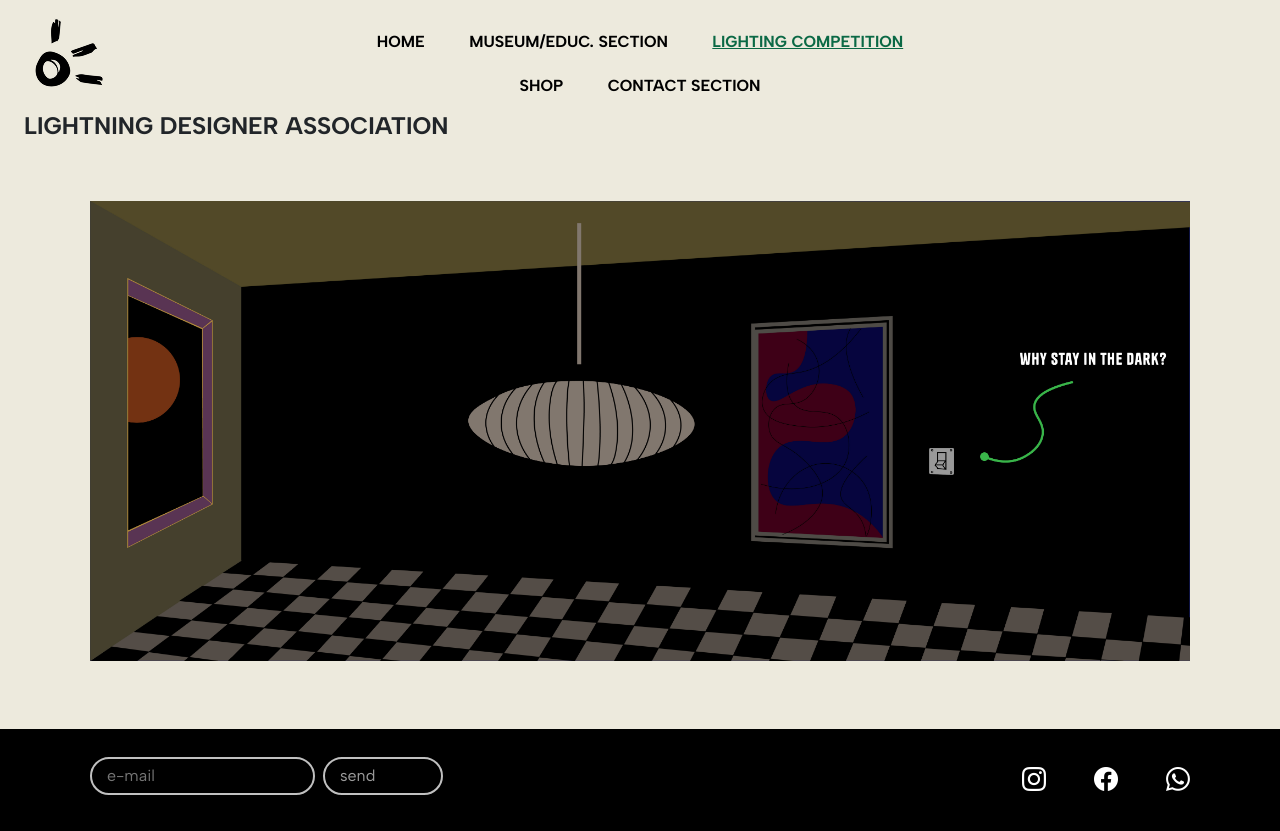
Repository: veronicamdiaz/Landing-Page-Practices
Page: competition-section.html
These files come from the project's save history. The page is drawn as it stood at one moment and after a run of saves; the edit follows.
The browser window is 1280 px wide. The pictures show the whole page.

Above is the page before, as saved 2025-06-01 15:01:54.
Console error: TypeError: Cannot set properties of null (setting 'src')

### competition-section.html
<!DOCTYPE html>
<html lang="pt-BR">
<head>
    <meta http-equiv="X-UA-Compatible" content="IE=edge">
    <meta name="viewport" content="width=device-width, initial-scale=1.0">
    <title>Landing Page</title>
    <link rel="stylesheet" href="https://cdn.jsdelivr.net/npm/bootstrap@5.3.3/dist/css/bootstrap.min.css">
    <link rel="preconnect" href="https://fonts.googleapis.com">
    <link rel="preconnect" href="https://fonts.gstatic.com" crossorigin>
    <link href="https://fonts.googleapis.com/css2?family=Pacifico&family=Roboto:wght@400;700&display=swap" rel="stylesheet">
    <link rel="stylesheet" href="https://cdn.jsdelivr.net/npm/bootstrap-icons@1.11.3/font/bootstrap-icons.min.css">
    <link href="https://fonts.googleapis.com/css2?family=Albert+Sans:ital,wght@0,100..900;1,100..900&family=Pacifico&family=Roboto+Slab:wght@100..900&family=Roboto:ital,wght@0,100;0,300;0,400;0,500;0,700;0,900;1,100;1,300;1,400;1,500;1,700;1,900&display=swap" rel="stylesheet">
    <link rel="stylesheet" href="main.css">
</head>

<body>
<header id="home-page">
    <div class="site-logo">
        <a href="index.html">
            <img src="images/logo-site.png" alt="Lightning Design Lab Logo" class="logo-img">
        </a>
    </div>

    <div class="menu" data-bs-target="#cabecalho" da
    ta-bs-smooth-scroll="true">
        <nav id="cabecalho" class="mb-2 px-4">
            <a href="index.html" class="nav-link" data-bs-toggle="tab" data-bs-target="#home-page">HOME</a>
            <a href="museum-educational-section.html" class="nav-link" data-bs-toggle="tab" data-bs-target="#museum-educational-section">MUSEUM/EDUC. SECTION</a>
            <a href="#competition-section" class="nav-link-active" data-bs-toggle="tab" data-bs-target="#competition-section">LIGHTING COMPETITION</a>
            <a href="shop-section.html" class="nav-link" data-bs-toggle="tab" data-bs-target="#shop-section">SHOP</a>
            <a href="#contact-section" class="nav-link" data-bs-toggle="tab" data-bs-target="#contact-section">CONTACT SECTION</a>
        </nav>
    </div>
</header>

    <main>
        <section id="interaction-section" class="mt-5 mb-5">
            <h2 class="section-title mb-3 p-4">LIGHTNING DESIGNER ASSOCIATION</h2>
            <div class="container">
                <img src="./images/lights drawings2-09-09-09.jpg" alt="desenho-luz-apagada" class="img-fluid" id="img-interativa">
            </div>
        </section>
    </main>

    <footer class="bg-black py-2">
        <div class="container d-flex justify-content-between align-items-center flex-column flex-md-row">
            <div class="d-flex gap-2 align-items-center mb-2">
                <input type="email" class="btn btn-secondary" placeholder="e-mail" required
                    style="border: 2px solid rgb(192, 192, 192); border-radius: 20px; background-color: black; padding: 5px 15px; min-width: 120px; text-align: left; color: rgb(155, 155, 155);">
                <button type="submit" class="btn btn-secondary"
                    style="border: 2px solid rgb(192, 192, 192); border-radius: 20px; background-color: black; padding: 5px 15px; min-width: 120px; text-align: left; color: rgb(155, 155, 155);">
                    send
                </button>
            </div>
            <div class="d-flex gap-5 align-items-center">
                <a href="https://www.instagram.com" target="_blank" class="text-white">
                    <i class="bi bi-instagram" style="font-size: 1.5rem;"></i>
                </a>
                <a href="https://www.facebook.com" target="_blank" class="text-white">
                    <i class="bi bi-facebook" style="font-size: 1.5rem;"></i>
                </a>
                <a href="https://wa.me/" target="_blank" class="text-white">
                    <i class="bi bi-whatsapp" style="font-size: 1.5rem;"></i>
                </a>
            </div>
        </div>
    </footer>


    <script src="script.js"></script>

    <script>
        document.addEventListener("DOMContentLoaded", function () {
            const navLinks = document.querySelectorAll(".nav-link");

            // Ativa o link clicado e armazena no localStorage
            navLinks.forEach(link => {
                link.addEventListener("click", function (e) {
                    // Armazena qual link foi clicado no localStorage
                    localStorage.setItem('activeLink', e.target.getAttribute('href'));
                    // Adiciona a classe de ativo
                    navLinks.forEach(l => l.classList.remove("nav-link-active"));
                    e.target.classList.add("nav-link-active");
                });
            });

            // Verifica se há um link ativo armazenado no localStorage
            const activeLink = localStorage.getItem('activeLink');
            if (activeLink) {
                // Remove a classe 'nav-link-active' de todos os links
                navLinks.forEach(link => link.classList.remove("nav-link-active"));
                // Adiciona a classe 'nav-link-active' ao link armazenado
                document.querySelector(`a[href="${activeLink}"]`)?.classList.add("nav-link-active");
            }
        });
    </script>
</body>
</html>

### main.css
html, body {
    height: 100%;
    margin: 0;
    display: flex;
    flex-direction: column;
}

body {
    background-color: #EDEADD;
    font-family: sans-serif;
    flex: 1;
}

main {
    z-index: 5;
    flex: 1; /* ocupa todo o espaço entre o header e o footer */
    display: flex;
    flex-direction: column;
    background-color: transparent;
}

header {
    height: auto;
    position: relative;
    display: flex;
    flex-direction: column;
    align-items: center;
    padding-bottom: 40px; /* ou ajuste conforme necessário */

}

.site-logo {
    z-index: 100; /* Aumente se necessário */
    position: fixed;
    top: 10px;
    left: 20px;
}

.interaction-section {
    z-index: 5;
}

.logo-img {
    height: auto;
    display: block;
}

.container {
    padding: 20px;
}

/* #webgl-container {
    display: flex;
    justify-content: center;
    align-items: center;
    width: 100%;
    height: 100%;
    overflow: hidden;
    background-color: #f5f5f5;
} */

#home-page {
    width: 100%;
    justify-content: center;
    align-items: center;
}



/* .square {
    width: 200px;
    height: 200px;
    background-color: rgb(255, 255, 255);
    position: relative;
} */

.square::before,
.square::after {
    content: "";
    position: absolute;
    width: 100%;
    height: 1px;
}

/* .square::before {
    top: 50%;
    transform: translateY(-50%);
    transform-origin: left;
    transform: rotate(45deg);
}

.square::after {
    left: 50%;
    transform: translateX(-50%);
    transform-origin: top;
    transform: rotate(-45deg);
}
*/
nav {
    font-family: 'Albert Sans';
    font-weight: bold;
    left: 50%;
    top: 10px; /* Mantém um pequeno espaçamento do topo */
    transform: translateX(-50%);
    gap: 20px;
    display: inline-block;
    font-size: 16px;
    align-items: center;
    justify-content: center;
    z-index: 10;
    padding: 10px 20px;
    height: auto;
}


nav a {
    text-decoration: none;
    font-weight: bold;
    background-color: none;
    height: auto !important;
}

.nav-link {
    color: black; /* Cor padrão */
    transition: color 0.3s ease;
}

.nav-link-active {
    color: #0b6945 !important; /* Cor do botão ativo */
    font-weight: bold;
    text-decoration: underline;
}


#cabecalho {
    position: fixed;
    text-align: center; /* Centraliza os links */
    height: auto;
    gap: 20px;
    z-index: 10px;
}

#cabecalho a {
    display: inline-block;
    padding: 10px 20px; /* Para não ficarem colados */
    height: auto;
}

.card {
    display: flex;
    align-items: center;
    padding: 40px;
    width: 100%;
    height: 100%;
    max-width: 1200px;
    margin: 0 auto;
    border-radius: 12px;
    border: 1px solid black;
}

.row {
    flex-wrap: wrap; /* Para quebrar corretamente em telas pequenas */
    justify-content: space-between; /* Garante espaçamento uniforme */
}

.card img {
    background-color: none;
    width: 100%;
    height: 100%;
    object-fit: cover;
}

.card h3 {
    font-size: 14px;
    font-family: 'Albert Sans';
    color: #666;
    font-weight: bold;
}
.card p {
    margin-top: 10px;
    font-size: 12px;
    color: #666;
    font-family: 'Albert Sans';
}

.card.reverse {
    flex-direction: column-reverse;
}

.section-title {
    font-family: 'Albert Sans';
    font-weight: bold;
    font-size: 1.5em;
}

#nova-secao {
    font-family: 'Albert Sans';
}

.text-white {
    font-family: 'Albert Sans';
    font-size: .3em;
    font-weight: bold;
    color: white;
}


.btn-seemore {
    text-transform: uppercase;
    text-decoration: underline;
    background: none;
    border: none;
    color: white;
    font-size: 1rem;
    cursor: pointer;
}

.card-label {
    font-family: 'Albert Sans', sans-serif;
    font-size: 0.9rem;
    color: #999;
    letter-spacing: 1px;
    margin-bottom: 2px; /* Diminuir aqui! */
}


.custom-card img {
    width: 40%;
    max-width: 300px;
    object-fit: cover;
}

.custom-card .card-content {
    width: 60%;
    padding: 20px;
}

.custom-card h3 {
    font-weight: bold;
    margin-bottom: 8px;
    font-size: 18px;
}

.custom-card.left {
    flex-direction: row;
    border: 1px solid black;
    background-color: transparent;
}

.custom-card.right {
    flex-direction: row-reverse;
    border: 1px solid black;
    background-color: transparent;
}

.custom-card p {
    font-size: 14px;
    line-height: 1.6;
}

.card-label {
    font-size: 14px;
    line-height: 1.6;
    font-family: 'Albert Sans';
}


footer {
    padding: 2px 0; /* Reduzindo a altura do footer */
    font-size: 0.8rem; /* Diminuindo tamanho do texto */
    font-family: 'Albert Sans', sans-serif;
}

.icon {
    max-width: 30px; /* Ajuste o tamanho máximo conforme necessário */
    max-height: 30px; /* Ajuste o tamanho máximo conforme necessário */
    width: auto; /* Mantém a proporção */
    height: auto; /* Mantém a proporção */
    object-fit: contain; /* Garante que a imagem se ajuste ao espaço sem distorção */
    margin-bottom: 10px;
}


#competition-section .container {
    width: 100vw;
    overflow: hidden;
}

#img-interativa {
    width: 100%;
    object-fit: cover;
    display: block;
}

.title-container .section-title {
    flex: 1;
    margin: 0;
}

/* “spacer” vazio só para manter o flex funcionando igual */
.title-container .spacer {
  width: 60px; /* ou o tamanho que você precisar para “fechar” o espaço */
}


@media (max-width: 768px) {
    .site-logo {
        top: 5px;
        left: 10px;
        position: fixed;
    }

    .logo-img {
        width: 40px;
    }

    nav {
        position: fixed;
        font-family: 'Albert Sans';
        font-weight: bold;
        gap: 20px;
        font-size: 10px;
        justify-content: center;
        text-align: right;
        display: flex;
        z-index: 1;
        padding: 4px 12px;
    }

    .home-image {
        width: 100%;
        height: auto;
        content: (url(images/fundositemenor_prancheta.png));
        }

    #home-page {
        justify-content: center;
        align-items: center;
    }

    .img-responsiva {
        height: auto;
    }

    .nav-links {
        flex-direction: column;
        gap: 15px;
        text-align: center;
    }

    .navbar-toggler {
        display: block; /* Mostra o botão hambúrguer */
        background: none;
        border: none;
        cursor: pointer;
    }

    .navbar-toggler i {
        color: black;
    }


    .card {
        text-align: center;
        flex-direction: column;
    }

    .card img {
        width: 70%;
    }

    .card .card-content {
        width: 70%;
    }

    .custom-card {
        flex-direction: column !important;
        text-align: center;
    }

    .custom-card img {
        width: 70%;
    }

    .custom-card .card-content {
        width: 70%;
    }


    footer .container {
        flex-direction: column;
        text-align: center;
    }

    footer form {
        flex-direction: column;
        width: 70%;
        align-items: center;
    }

    footer form input,
    footer form button {
        width: 90%; /* Mantém a aparência proporcional */
    }

    footer .d-flex.gap-5 {
        gap: 20px; /* Ajusta o espaçamento dos ícones */
        justify-content: center;
        margin-top: 10px;
    }
}

### script.js
document.addEventListener('DOMContentLoaded', function () {
  // Código para a troca de imagem
  const imagem = document.getElementById('img-interativa');
  let estado = 'inicial';

  console.log('Imagem carregada:', imagem);

  imagem.addEventListener('click', function () {
    console.log('Imagem clicada. Estado atual:', estado);

    if (estado === 'inicial') {
      imagem.src = './images/lights drawings2-05-05-05.jpg';
      estado = 'alterada';
    } else {
      imagem.src = './images/lights drawings2-09-09-09.jpg';
      estado = 'inicial';
    }

    console.log('Novo estado:', estado);
  });
});

function updateImage() {
  let homeImage = document.querySelector('.home-image');
  if (window.innerWidth <= 768) {
      homeImage.src = "images/fundositemenor_prancheta.png"; // Imagem menor
  } else {
      homeImage.src = "images/fundosite.png"; // Imagem padrão
  }
}

document.addEventListener("DOMContentLoaded", function () {
  const navLinks = document.querySelectorAll(".nav-link");
  const currentURL = window.location.pathname.split("/").pop(); // Pega só o nome do arquivo, ex: 'shop-section.html'

  navLinks.forEach(link => {
    const linkHref = link.getAttribute("href");

    // Verifica se o link aponta para a mesma página
    if (
      linkHref === currentURL ||                     // Exato match
      (linkHref === "index.html" && currentURL === "") || // Caso especial para index
      (linkHref !== "#" && currentURL.includes(linkHref)) // Links internos com hash (#)
    ) {
      link.classList.add("nav-link-active");
    } else {
      link.classList.remove("nav-link-active");
    }
  });
});


// Verifica quando a página carrega
window.onload = updateImage;

// Verifica quando a tela redimensiona
window.onresize = updateImage;

// <-- Fechando corretamente a função de 'DOMContentLoaded'


  /*
  // Inicialização do modelo 3D
  let mouseX = 0, mouseY = 0;
  const container = document.getElementById('webgl-container');
  const renderer = new THREE.WebGLRenderer({ antialias: true });
  renderer.setSize(window.innerWidth, window.innerHeight);
  container.appendChild(renderer.domElement);  // Adiciona o renderizador dentro de #webgl-container

  const scene = new THREE.Scene();

  // Criar um cubo maior
  const geometry = new THREE.BoxGeometry(2, 2, 2); // Aumentei o tamanho do cubo (2x2x2)
  const material = new THREE.MeshStandardMaterial({ color: 0x00ff00, roughness: 0.5, metalness: 0.7 });
  const cube = new THREE.Mesh(geometry, material);
  scene.add(cube);
  scene.background = new THREE.Color(0xF5F5F5);  // Cor de fundo #F5F5F5

   // Definir a posição do cubo para ficar mais para cima
   cube.position.y = 1; // Aqui é onde ajustamos a posição vertical do cubo

   // Melhorar a qualidade aumentando a resolução
  renderer.setPixelRatio(window.devicePixelRatio); // Usa a resolução nativa do dispositivo

  // Câmera
  const camera = new THREE.PerspectiveCamera(75, window.innerWidth / window.innerHeight, 0.1, 1000);
  camera.position.z = 5;  // Posicionando a câmera para visualizar o cubo maior

  // Adicionar luz ambiente
  const light = new THREE.AmbientLight(0x404040); // luz suave
  scene.add(light);

  // Adicionar luz direcional
  const directionalLight = new THREE.DirectionalLight(0xffffff, 1);
  directionalLight.position.set(5, 5, 5).normalize();
  scene.add(directionalLight);

  // Função de animação
  function animate() {
    requestAnimationFrame(animate);

    // A rotação do cubo será controlada pela posição do mouse
    cube.rotation.x = mouseY * Math.PI; // Multiplica a posição Y do mouse por pi
    cube.rotation.y = mouseX * Math.PI; // Multiplica a posição X do mouse por pi

    renderer.render(scene, camera);
  }

  animate();

  // Função para ajustar o tamanho do renderizador e atualizar a câmera
function onWindowResize() {
  const width = window.innerWidth;
  const height = window.innerHeight;

  // Atualiza as proporções da câmera
  camera.aspect = width / height;
  camera.updateProjectionMatrix();

  // Ajusta o tamanho do renderizador
  renderer.setSize(width, height);
}

// Adiciona um event listener para chamar a função sempre que a janela for redimensionada
window.addEventListener('resize', onWindowResize, false);

// Chama a função uma vez para configurar inicialmente
onWindowResize();

  // Redimensionar o renderizador quando a janela for redimensionada
  window.addEventListener('resize', () => {
    renderer.setSize(window.innerWidth, window.innerHeight);
    camera.aspect = window.innerWidth / window.innerHeight;
    camera.updateProjectionMatrix();
  });

  // Captura o movimento do mouse
  function onMouseMove(event) {
    // Normaliza a posição do mouse (de -1 a 1 para cada eixo)
    mouseX = (event.clientX / window.innerWidth) * 2 - 1;
    mouseY = -(event.clientY / window.innerHeight) * 2 + 1;
  }

  // Adiciona o ouvinte para o movimento do mouse
  window.addEventListener('mousemove', onMouseMove, false);
});

*/

After the next 2 saves:
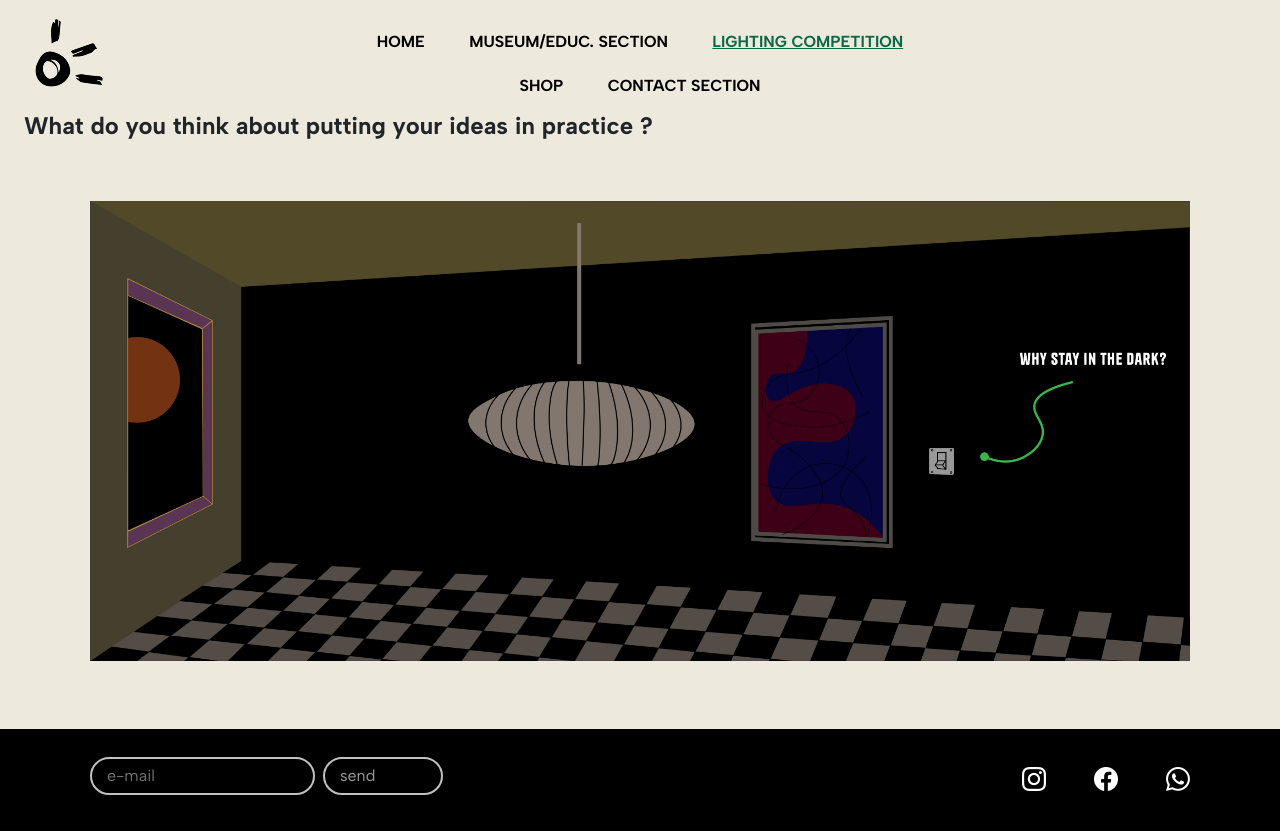
The 2 saves are shown as one change because they came seconds apart.
The last was saved 57 s later.
--- a/competition-section.html
+++ b/competition-section.html
@@ -35,7 +35,7 @@
 
     <main>
         <section id="interaction-section" class="mt-5 mb-5">
-            <h2 class="section-title mb-3 p-4">LIGHTNING DESIGNER ASSOCIATION</h2>
+            <h2 class="section-title mb-3 p-4">What do you think about putting your ideas in practice ?</h2>
             <div class="container">
                 <img src="./images/lights drawings2-09-09-09.jpg" alt="desenho-luz-apagada" class="img-fluid" id="img-interativa">
             </div>
